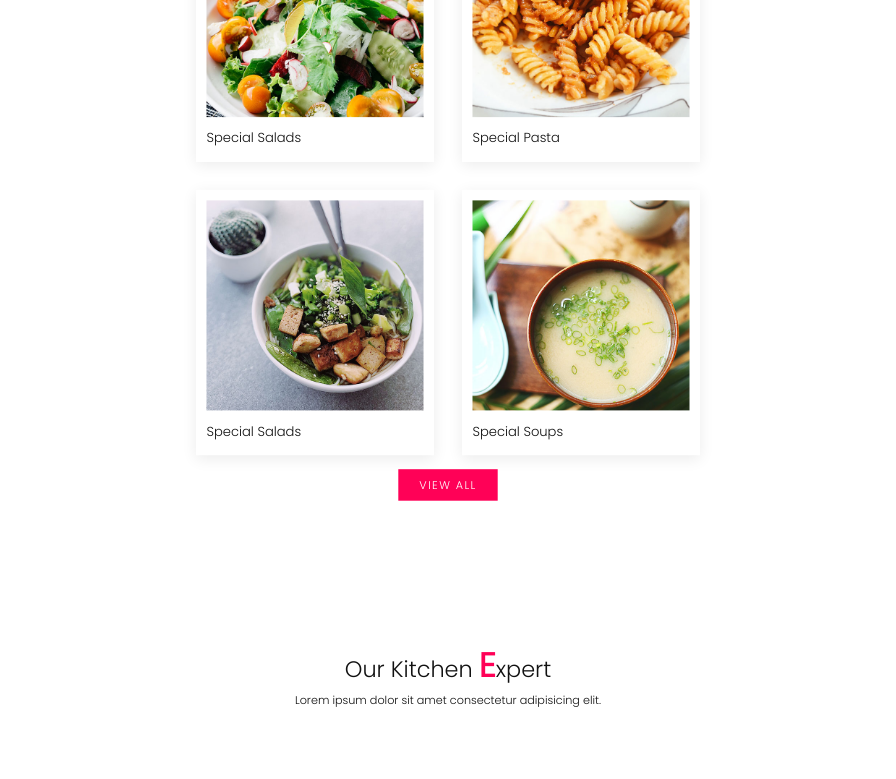
Repository: Adriandias1997/MobileFriendly_FoodWebsite
Page: index.html
An editor plug-in stored every save of this project. The page is shown before and after the next save, followed by the edit.
The browser window is 1280 px wide. The pictures show the part of the page from y = 2115 to 4035 px (the page is 3228 px tall before and 4035 px after), at 70% of full size.

Above is the page before, as saved 2020-10-16 16:50:36.

### index.html
<!DOCTYPE html>
<html lang="en">

<head>
    <meta charset="UTF-8">
    <meta name="viewport" content="width=device-width, initial-scale=1.0">
    <title>Food</title>
    <link rel="stylesheet" href="style.css">
</head>

<body>
    <header>
        <a href="#" class="logo">Food <span>Corner</span></a>
        <ul class="navigation">
            <li><a href="#banner">Home</a></li>
            <li><a href="#about">About Us</a></li>
            <li><a href="#menu">Menu</a></li>
            <li><a href="#expert">Expert</a></li>
            <li><a href="#testimonials">Testimonials</a></li>
            <li><a href="#contact">Contact</a></li>
        </ul>

    </header>
    <section class="banner" id="banner">
        <div class="content">
            <h2>Always choose Good</h2>
            <p>Lorem ipsum dolor sit amet consectetur adipisicing elit. Ipsam delectus nisi hic deserunt at, ex harum sit. Quos quaerat ut expedita velit. Commodi accusamus non debitis error sint at perspiciatis.</p>

            <a href="#" class="btn">Our Menu</a>
        </div>
    </section>

    <section class="about" id="about">
        <div class="row">
            <div class="col50">
                <h2 class="titleText"><span>A</span>bout Us</h2>
                <p>Lorem ipsum dolor sit amet consectetur adipisicing elit. Dolorum vero quam, at fuga facilis maiores consequatur! Quibusdam possimus debitis sed alias, provident fuga voluptatem, tempora eligendi aliquid quaerat laudantium repellat. Lorem
                    ipsum dolor sit amet consectetur adipisicing elit. Dolorum vero quam, at fuga facilis maiores consequatur! Quibusdam possimus debitis sed alias, provident fuga voluptatem, tempora eligendi aliquid quaerat laudantium repellat. Lorem
                    ipsum dolor sit amet consectetur adipisicing elit. Dolorum vero quam, at fuga facilis maiores consequatur! Quibusdam possimus debitis sed alias, provident fuga voluptatem, tempora eligendi aliquid quaerat laudantium repellat.
                </p>
            </div>
            <div class="col50">
                <div class="imgBx">
                    <img src="./Images/img1.jpg" alt="">
                </div>
            </div>
        </div>
    </section>

    <section class="menu" id="menu">
        <div class="title">
            <h2 class="titleText">Our <span>M</span>enu</h2>
            <p>Lorem ipsum dolor sit amet consectetur adipisicing elit.
            </p>
        </div>
        <div class="content">
            <div class="box">
                <div class="imgBx">
                    <img src="Images/menu1.jpg" alt="">
                </div>
                <div class="text">
                    <h3>Special Salads</h3>
                </div>
            </div>
            <div class="box">
                <div class="imgBx">
                    <img src="Images/menu2.jpg" alt="">
                </div>
                <div class="text">
                    <h3>Special Soups</h3>
                </div>
            </div>
            <div class="box">
                <div class="imgBx">
                    <img src="Images/menu3.jpg" alt="">
                </div>
                <div class="text">
                    <h3>Special Pasta</h3>
                </div>
            </div>
            <div class="box">
                <div class="imgBx">
                    <img src="Images/menu4.jpg" alt="">
                </div>
                <div class="text">
                    <h3>Special Salads</h3>
                </div>
            </div>
            <div class="box">
                <div class="imgBx">
                    <img src="Images/menu5.jpg" alt="">
                </div>
                <div class="text">
                    <h3>Special Soups</h3>
                </div>
            </div>
            <div class="box">
                <div class="imgBx">
                    <img src="Images/menu6.jpg" alt="">
                </div>
                <div class="text">
                    <h3>Special Salads</h3>
                </div>
            </div>
        </div>
        <div class="title">
            <a href="#" class="btn">
                View All
            </a>
        </div>
    </section>
    <section class="expert" id="expert">
        <div class="title">
            <h2 class="titleText">Our Kitchen <span>E</span>xpert</h2>
            <p>Lorem ipsum dolor sit amet consectetur adipisicing elit.
            </p>
        </div>
    </section>
    <script src="index.js"></script>
</body>

</html>

### style.css
@import url("https://fonts.googleapis.com/css2?family=Poppins:wght@300&display=swap");
* {
    margin: 0;
    padding: 0;
    box-sizing: border-box;
    font-family: "Poppins", sans-serif;
    scroll-behavior: smooth;
}

p {
    font-weight: 300;
    color: #111;
}


/* body {
    min-height: 1000px;
} */

.banner {
    position: relative;
    width: 100%;
    min-height: 100vh;
    display: flex;
    justify-content: center;
    align-items: center;
    background: url(./Images/bg.jpg);
    background-size: cover;
}

.banner .content {
    max-width: 900px;
    text-align: center;
}

.banner .content h2 {
    font-size: 5em;
    color: #fff;
}

.banner .content p {
    font-size: 1em;
    color: #fff;
}

.btn {
    font-size: 1em;
    color: #fff;
    background: #ff0157;
    display: inline-block;
    padding: 10px 30px;
    text-transform: uppercase;
    text-decoration: none;
    letter-spacing: 2px;
    transition: 0.5s;
}

.btn:hover {
    background-color: #fff;
    color: #ff0157;
    letter-spacing: 6px;
}

header {
    position: fixed;
    top: 0;
    left: 0;
    width: 100%;
    padding: 40px 100px;
    z-index: 10000;
    display: flex;
    justify-content: space-between;
    align-items: center;
    transition: 0.5s;
}

header.sticky {
    background: #fff;
    padding: 10px 100px;
    box-shadow: 0 5px 20px rgba(0, 0, 0, 0.05);
}

header .logo {
    color: #fff;
    font-weight: 700;
    text-decoration: none;
    font-size: 2em;
}

header.sticky .logo {
    color: #111;
}

header .logo span {
    color: #ff0157;
}

header .navigation {
    position: relative;
    display: flex;
}

header .navigation li {
    list-style: none;
    margin-left: 30px;
}

header .navigation li a {
    text-decoration: none;
    color: #fff;
    font-weight: 300;
}

header.sticky .navigation li a {
    color: #111;
    font-weight: 300;
}

header .navigation li a:hover {
    color: #ff0157;
}

section {
    padding: 100px;
}

.row {
    position: relative;
    width: 100%;
    display: flex;
    justify-content: space-between;
}

.row .col50 {
    position: relative;
    width: 48%;
}

.titleText {
    color: #111;
    font-size: 2em;
    font-weight: 400;
}

.titleText span {
    color: #ff0157;
    font-size: 1.5em;
    font-weight: 700;
}

.row .col50 .imgBx {
    position: relative;
    width: 100%;
    height: 100%;
    /* min-height: 300px; */
}

.row .col50 .imgBx img {
    position: relative;
    top: 0;
    left: 0;
    width: 100%;
    height: 100%;
    object-fit: cover;
}

.title {
    width: 100%;
    display: flex;
    justify-content: center;
    align-items: center;
    flex-direction: column;
}

.menu .content {
    display: flex;
    justify-content: center;
    flex-direction: row-reverse;
    flex-wrap: wrap;
    margin-top: 40px;
}

.menu .content .box {
    width: 340px;
    margin: 20px;
    border: 15px solid #fff;
    box-shadow: 0 5px 20px rgba(0, 0, 0, 0.08);
}

.menu .content .box .imgBx {
    position: relative;
    width: 100%;
    height: 300px;
}

.menu .content .box .imgBx img {
    position: absolute;
    top: 0;
    left: 0;
    width: 100%;
    height: 100%;
    object-fit: cover;
}

.menu .content .box .text {
    padding: 15px 0 5px;
}

.menu .content .box .text h3 {
    font-weight: 400;
    color: #111;
}

### index.js
window.addEventListener('scroll', function() {
    const header = document.querySelector('header');
    header.classList.toggle('sticky', window.scrollY > 0);
});

After the next save:
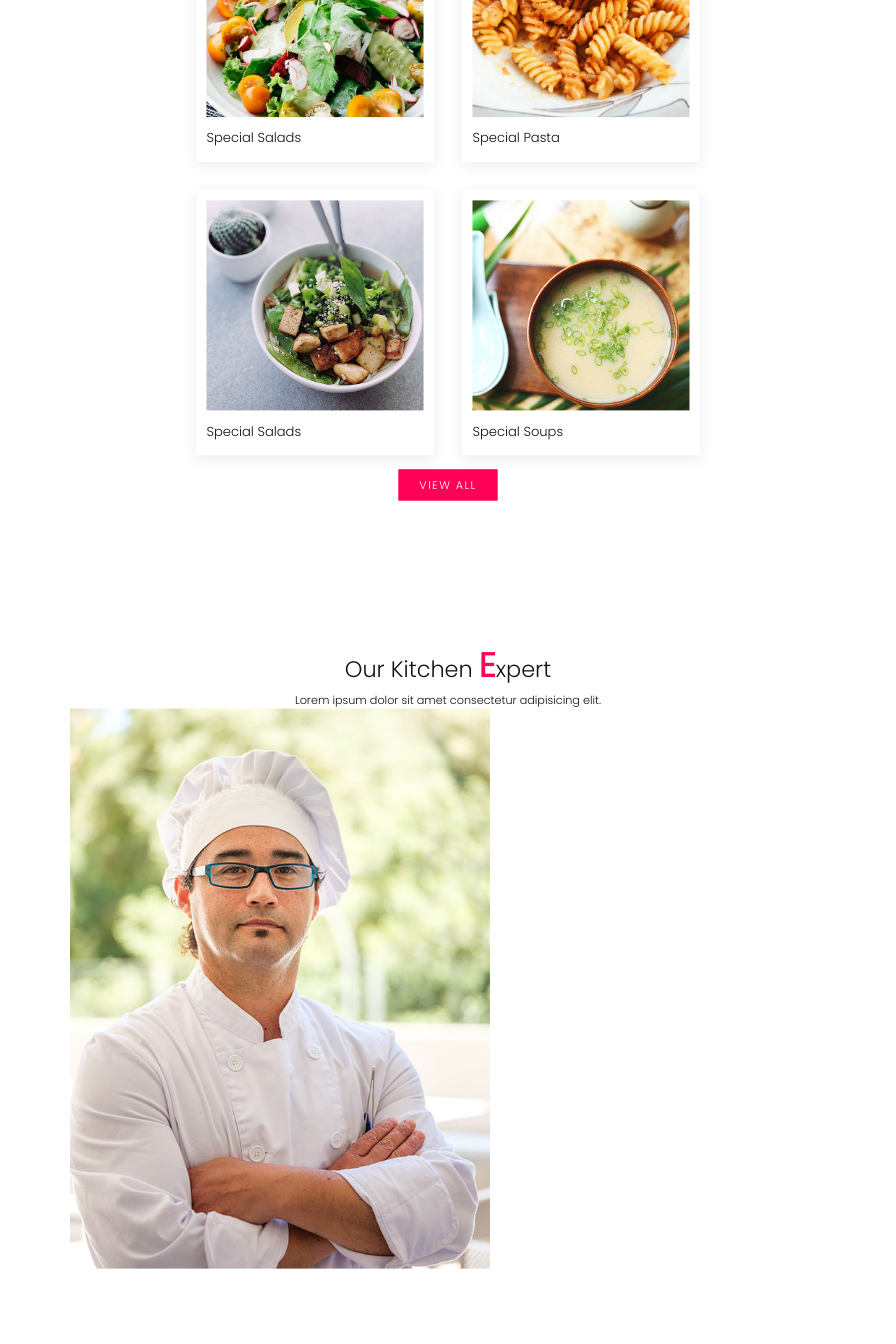
Saved 6 min 2 s later.
--- a/index.html
+++ b/index.html
@@ -115,6 +115,13 @@
             <p>Lorem ipsum dolor sit amet consectetur adipisicing elit.
             </p>
         </div>
+        <div class="content">
+            <div class="box">
+                <div class="imgBx">
+                    <img src="Images/expert1.jpg" alt="">
+                </div>
+            </div>
+        </div>
     </section>
     <script src="index.js"></script>
 </body>
